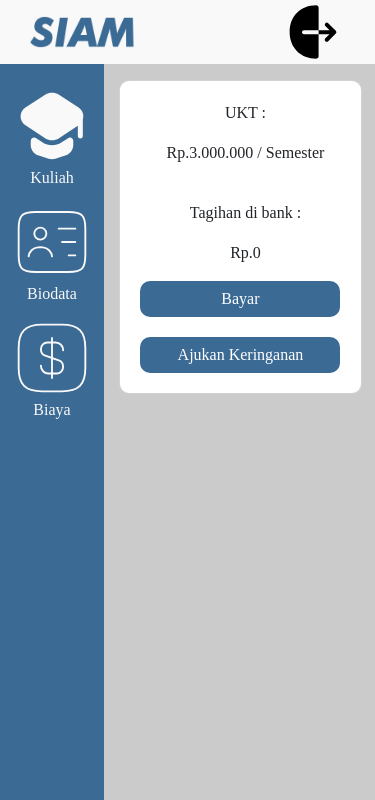
Repository: haikalirf/Project-IMK
Page: biaya.html
An editor plug-in stored every save of this project. The page is shown before and after the next save, followed by the edit.
The browser window is 375 px wide. The pictures show the whole page.
Some web fonts or font styles are not loaded; a fallback is used.

Above is the page before, as saved 2022-12-16 18:55:44.
Not found: scripts/.js

### biaya.html
<!DOCTYPE html>
<html lang="en">
<head>
	<meta charset="UTF-8">
	<meta http-equiv="X-UA-Compatible" content="IE=edge">
	<meta name="viewport" content="width=device-width, initial-scale=1.0">
	<title>SIAM</title>
	<link rel="icon" href="/assets/logo_ub.ico">
	<link rel="stylesheet" href="https://cdn.jsdelivr.net/npm/bootstrap@5.2.3/dist/css/bootstrap.min.css" integrity="sha384-rbsA2VBKQhggwzxH7pPCaAqO46MgnOM80zW1RWuH61DGLwZJEdK2Kadq2F9CUG65" crossorigin="anonymous">
	<link rel="stylesheet" href="/styles/biaya.css">
</head>
<body>
	<nav class="navbar" id="navbar">
		<div class="navbar-left">
			<a class="navbar-brand" href="/kuliah.html">
				<img class="navbar-image" src="/assets/SIAM.png" alt="SIAM">
			</a>
		</div>
		<a class="navbar-link" href="landing.html">
			<img id="navbar-image" src="/assets/Logout.svg" alt="Logout">
		</a>
	</nav>
	<div class="mh-100" id="sidebar">
		<a class="btn" href="kuliah.html">
			<img id="sidebar-kuliah" src="/assets/Kuliah Logo.svg" alt="Kuliah">
			<label for="sidebar-kuliah">Kuliah</label>
		</a>
		<a class="btn" href="biodata.html">
			<img id="sidebar-biodata" src="/assets/Biodata Logo Kosong.svg" alt="Biodata">
			<label for="sidebar-biodata">Biodata</label>
		</a>
		<a class="btn" href="biaya.html">
			<img id="sidebar-biaya" src="/assets/Biaya Logo Kosong.svg" alt="Biaya">
			<label for="sidebar-biaya">Biaya</label>
		</a>
	</div>
	<main>
		<div class="card">
			<div class="card-top">
				<div class="text-group">
					<div>
						<p class="text">UKT :</p>
					</div>
					<p>Rp.3.000.000 / Semester</p>
				</div>
				<div class="text-group">
					<div>
						<p class="text">Tagihan di bank :</p>
					</div>
					<p>Rp.0</p>
				</div>
			</div>
			<div class="buttons">
				<button type="button" class="btn btn-primary button">Bayar</button>
				<button type="button" class="btn btn-primary button">Ajukan Keringanan</button>
			</div>
		</div>
	</main>
	<script src="https://cdn.jsdelivr.net/npm/bootstrap@5.2.3/dist/js/bootstrap.bundle.min.js" integrity="sha384-kenU1KFdBIe4zVF0s0G1M5b4hcpxyD9F7jL+jjXkk+Q2h455rYXK/7HAuoJl+0I4" crossorigin="anonymous"></script>
	<script src="/scripts/.js"></script>
</body>
</html>

### styles/biaya.css
/* CSS Reset */
/*
	Josh's Custom CSS Reset
	https://www.joshwcomeau.com/css/custom-css-reset/
*/
*, *::before, *::after {
	box-sizing: border-box;
}
  * {
	margin: 0;
}
html, body {
	height: 100%;
}
body {
	line-height: 1.5;
	-webkit-font-smoothing: antialiased;
}
img, picture, video, canvas, svg {
	display: block;
	max-width: 100%;
}
input, button, textarea, select {
	font: inherit;
}
p, h1, h2, h3, h4, h5, h6 {
	overflow-wrap: break-word;
}
#root, #__next {
	isolation: isolate;
}
/* CSS Reset ends */

body {
	background-color: #cbcbcb;
	font-family: 'readex';
	font-size: 16px;
}

@font-face {
	font-family: 'readex';
	src:url('/assets/fonts/ReadexPro-Medium.ttf');
}

#navbar {
	display: flex;
	justify-content: space-between;
	position: fixed;
	background-color: #f9f9f9;
	z-index: 1;
	width: 100%;
	padding: 0px 30px;
}

.navbar-left {
	display: flex;
	align-items: center;
}

.navbar-image {
	height: 50px;
}

.navbar-extra {
	padding-bottom: 5px;
	margin-left: 15px;
}

main {
	padding-top: 80px;
	padding-left: 106px;
	display: flex;
	flex-direction: column;
	justify-content: start;
	align-items: center;
	height: 100vh;
	gap: 20px;
}

#sidebar {
	background-color: #3b6a94;
	display: flex;
	flex-direction: column;
	flex: 1;
	position: fixed;
	height: 100vh;
	padding-top: 80px;
}

#sidebar a:hover {
	background-color: #266093;
}

#sidebar img {
	width: 80px;
	height: 80px;
}

a img, a label {
	color: #f9f9f9;
}

.btn {
	background-color: #3b6a94;
	border: none;
}

.btn:hover {
	background-color: #266093;
}

.list-group-flush {
	padding-left: 0px;
}

.card {
	padding: 20px;
	width: 500px;
	height: 250px;
	justify-content: space-between;
	border-radius: 10px;
}

.card-top {
	display: flex;
	flex-direction: column;
}

.text-group {
	display: flex;
}

.text-group div {
	width: 200px;
	display: flex;
	justify-content: end;
}

.text-group p {
	margin-left: 10px;
}

.buttons {
	display: flex;
	justify-content: center;
	gap: 20px;
}

.button {
	width: 200px;
	border-radius: 10px;
}

@media (max-width: 660px) {
	.card {
		width: 90%;
		height: fit-content;
	}

	.card-top {
		gap: 20px;
	}

	.text-group {
		flex-direction: column;
		align-items: center;
		justify-content: center;
	}

	.text-group div {
		width: fit-content;
	}
}

@media (max-width: 450px) {
	.buttons {
		flex-direction: column;
		align-items: ;
	}
}

After the next save:
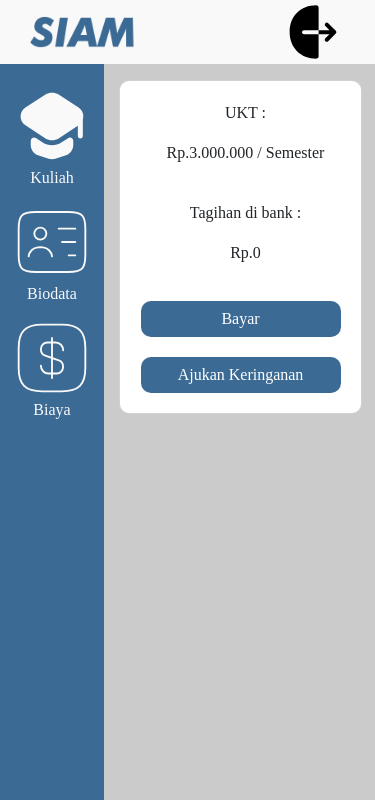
Saved 11 s later.
--- a/styles/biaya.css
+++ b/styles/biaya.css
@@ -174,7 +174,8 @@ a img, a label {
 
 @media (max-width: 450px) {
 	.buttons {
+		margin-top: 20px;
 		flex-direction: column;
-		align-items: ;
+		align-items: center;
 	}
 }
